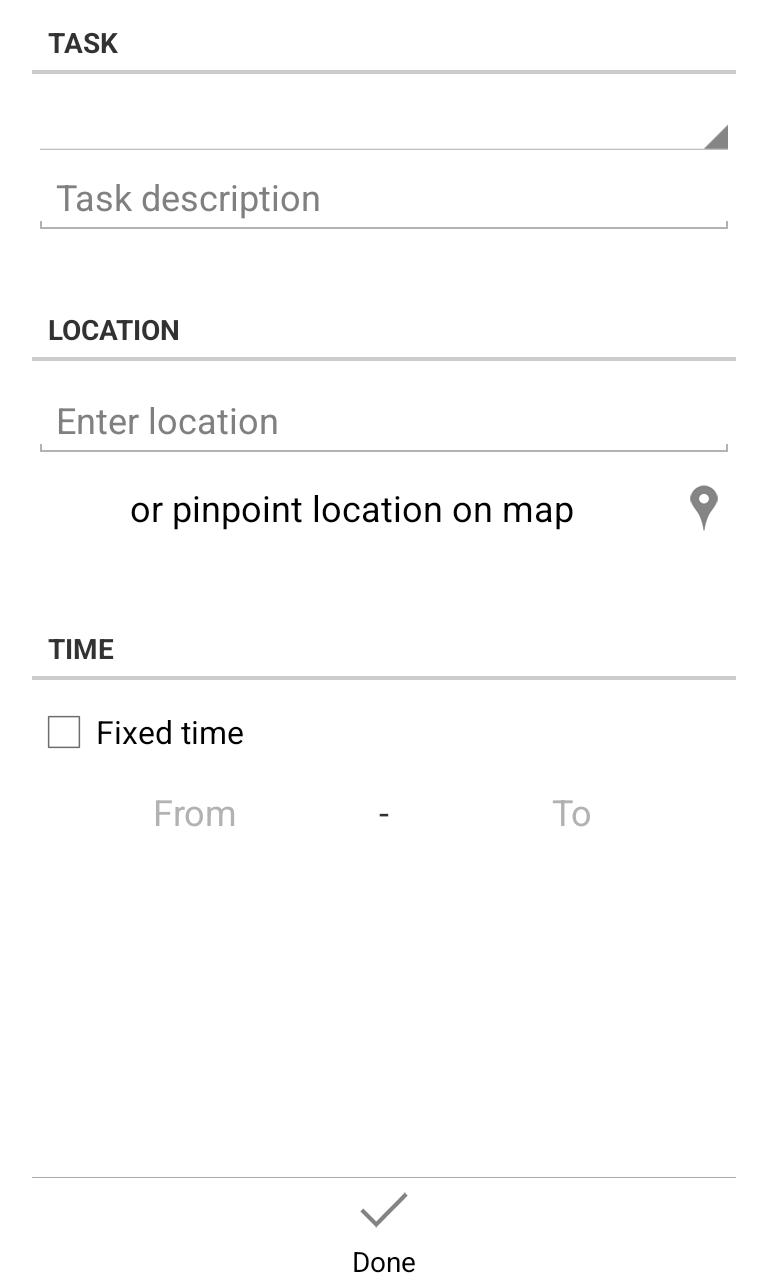
Repository: larserikstrand/IMT4904-Master
Layout: Todoity/res/layout/activity_new_task.xml
These files come from the project's save history. The layout is drawn as it stood at one moment and after the next save; the edit follows.
It is drawn on a 768 x 1280 px phone screen (xhdpi) without system bars, with theme android:Theme.Holo.Light; the app's code is not run.

Above is the layout before, as saved 2014-03-14 07:58:16.

### Todoity/res/layout/activity_new_task.xml
<LinearLayout xmlns:android="http://schemas.android.com/apk/res/android"
    xmlns:tools="http://schemas.android.com/tools"
    android:id="@+id/container"
    android:layout_width="match_parent"
    android:layout_height="match_parent"
    android:paddingLeft="@dimen/activity_horizontal_margin"
    android:paddingRight="@dimen/activity_horizontal_margin"
    android:orientation="vertical"
    tools:context=".NewTaskActivity"
    android:clickable="true"
    android:focusable="true"
	android:focusableInTouchMode="true" >

    <ScrollView android:layout_width="match_parent"
        android:layout_height="0dp"
        android:layout_weight="1" >

    	<LinearLayout android:layout_width="match_parent"
        	android:layout_height="wrap_content"
        	android:orientation="vertical" >

    	    <TextView
        		android:layout_width="match_parent"
        		android:layout_height="wrap_content"
        		android:layout_marginTop="5dp"
        		android:text="@string/task"
        		style="?android:listSeparatorTextViewStyle" />

    		<Spinner android:id="@+id/category_spinner"
        		android:layout_width="match_parent"
        		android:layout_height="wrap_content"
        		android:layout_marginTop="10dp" />

    		<EditText android:id="@+id/description_edit"
        		android:layout_width="match_parent"
        		android:layout_height="wrap_content"
        		android:lines="2"
        		android:hint="@string/task_description_hint"
        		android:inputType="textCapSentences" />

        	<TextView
        		android:layout_width="match_parent"
        		android:layout_height="wrap_content"
        		android:layout_marginTop="30dp"
        		android:text="@string/location"
        		style="?android:listSeparatorTextViewStyle" />

    		<AutoCompleteTextView android:id="@+id/location_text"
        		android:layout_width="match_parent"
        		android:layout_height="wrap_content"
        		android:layout_marginTop="10dp"
        		android:hint="@string/location_hint"
        		android:inputType="textCapWords" />

    		<Button android:id="@+id/location_button"
        		android:layout_width="match_parent"
        		android:layout_height="wrap_content"
        		android:background="?android:attr/selectableItemBackground"
        		android:text="@string/pinpoint"
        		android:drawableRight="@drawable/ic_location_place" />

    		<TextView
        		android:layout_width="match_parent"
        		android:layout_height="wrap_content"
        		android:layout_marginTop="30dp"
        		android:text="@string/time"
        		style="?android:listSeparatorTextViewStyle" />

    		<CheckBox android:id="@+id/fixed_time_check"
        		android:layout_width="match_parent"
        		android:layout_height="wrap_content"
        		android:layout_marginTop="10dp"
        		android:text="@string/fixed_time" />

    		<LinearLayout android:id="@+id/time_layout"
        		android:layout_width="match_parent"
        		android:layout_height="wrap_content"
        		android:orientation="horizontal" >

        		<Button android:id="@+id/from_button"
            		android:layout_width="0dp"
            		android:layout_height="wrap_content"
            		android:layout_weight="1"
            		android:layout_marginRight="10dp"
            		android:background="?android:attr/selectableItemBackground"
            		android:text="@string/from"
            		android:enabled="false" />

        		<TextView android:layout_width="wrap_content"
            		android:layout_height="wrap_content"
            		android:text="@string/divider"
            		android:textSize="18sp" />

        		<Button android:id="@+id/to_button"
            		android:layout_width="0dp"
            		android:layout_height="wrap_content"
            		android:layout_weight="1"
            		android:layout_marginLeft="10dp"
            		android:background="?android:attr/selectableItemBackground"
            		android:text="@string/to"
            		android:enabled="false" />

    		</LinearLayout>

    	</LinearLayout>

    </ScrollView>

    <View android:layout_width="match_parent"
        android:layout_height="0.2dp"
        android:background="@android:color/darker_gray" />

    <Button android:id="@+id/done_button"
        android:layout_width="match_parent"
        android:layout_height="wrap_content"
        android:background="?android:attr/selectableItemBackground"
        android:drawableTop="@drawable/ic_navigation_accept"
        android:text="@string/done"
        android:textAppearance="?android:attr/textAppearanceSmall" />

</LinearLayout>

### Todoity/res/values/strings.xml
<?xml version="1.0" encoding="utf-8"?>
<resources>

    <!-- Titles -->
    <string name="app_name">Todoity</string>
    <string name="title_activity_list">ListActivity</string>
    <string name="title_activity_new_task">New Task</string>
    <string name="title_activity_map">Map</string>
    <string name="title_activity_settings">Settings</string>
    <string name="title_activity_about">About</string>

    <!-- Menu -->
    <string name="action_settings">Settings</string>
    <string name="action_about">About</string>

    <!-- General -->
    <string name="owner">Owner: Lars Erik Strand</string>
    <string name="today">Today</string>
    <string name="week">Week</string>
    <string name="all_tasks">All Tasks</string>
    <string name="task">Task</string>
    <string name="new_task_list">New List</string>
    <string name="new_task">New Task</string>
    <string name="edit_list">Edit List</string>
    <string name="edit">Edit</string>
    <string name="delete">Delete</string>
    <string name="delete_task">Delete task</string>
    <string name="discard">Discard</string>
    <string name="set_date">Set date</string>
    <string name="save">Save</string>
    <string name="done">Done</string>
    <string name="location">Location</string>
    <string name="location_hint">Enter location</string>
    <string name="pinpoint">or pinpoint location on map</string>
    <string name="task_description_hint">Task description</string>
    <string name="time">Time</string>
    <string name="fixed_time">Fixed time</string>
    <string name="from">From</string>
    <string name="to">To</string>
    <string name="divider">-</string>
    <string name="start">Start</string>
    <string name="pause">Pause</string>
    <string name="finished">Finished</string>
    <string name="confirm">Confirm</string>
    <string name="add">Add</string>
    <string name="occupation">Occupation</string>
    <string name="move_task">Move task to another day</string>
    <string name="welcome">Welcome</string>

    <!-- Messages/Alerts -->
    <string name="set_location_message">You must choose a location for your task.</string>
    <string name="set_category_message">You must enter a task category.</string>
    <string name="set_date_message">You must enter a date.</string>
    <string name="set_time_message">This task has a fixed time. You must set the start and end time of the task.</string>
    <string name="save_message">Saving. Please wait&#8230;</string>
    <string name="discard_list_message">Are you sure you want do discard this list?</string>
    <string name="delete_list_message">Are you sure you want to delete this list?</string>
    <string name="welcome_message">Welcome to Todoity. As this is your first time running this application, please select an occupation before proceeding. You can change your occupation in settings later.</string>
    <string name="no_tasks_message">You haven\'t entered any tasks to save.</string>
    <string name="existing_list_message">A list with this date already exist. Do you wish to add tasks to the existing list or delete the existing list?</string>
    <string name="about_message">Todoity is developed as a Master thesis project at Gjøvik University College. It\'s purpose is not only to keep track of your tasks but also to gather contextual information as you do the tasks in order to give you future task recommendations.</string>

    <!-- Service -->
    <string name="contextservice_notification_title">Todoity Context Service:</string>
    <string name="contextservice_notification_message">Collecting contexts</string>
    <string name="geofenceservice_single_entered1">You are close to the task: </string>
    <string name="geofenceservice_single_entered2">Do you want to do this task now?</string>
    <string name="geofenceservice_multiple_entered">You are close to several tasks. Do you want to do these now?</string>

    <!-- Preferences -->
    <string name="pref_context_storage">Context Storage</string>
    <string name="pref_occupation_default">None</string>
    <string name="pref_context_storage_summ">Allow application to collect and store context information</string>
    <string name="pref_undergraduate">Undergraduate student (Bachelor)</string>
    <string name="pref_postgraduate">Postgraduate student (Master, Ph.D.)</string>

    <!-- Arrays -->


    <!-- Occupation task templates -->

    <string-array name="undergraduate_tasks_array">
        <item>Attend lecture</item>
        <item>Read</item>
        <item>Write report</item>
        <item>Do course exercises</item>
        <item>Meeting</item>
        <item>Group work</item>
        <item>Practical work</item>
        <item>Other</item>
    </string-array>
    <string-array name="postgraduate_tasks_array">
        <item>Attend lecture</item>
        <item>Read</item>
        <item>Write report</item>
        <item>Do course exercises</item>
        <item>Meeting</item>
        <item>Group work</item>
        <item>Practical work</item>
        <item>Experiment</item>
        <item>Other</item>
    </string-array>

    <!-- Occupation types -->
    <string-array name="pref_occupation_values">
        <item>Undergraduate student (Bachelor)</item>
        <item>Postgraduate student (Master, Ph.D.)</item>
    </string-array>


    <!-- Colors -->
    <color name="lightgreen">#2200ff00</color>
    <color name="lightgrey">#55aaaaaa</color>

</resources>

Loaded but not shown: Todoity/res/values/dimens.xml (common file)

After the next save:
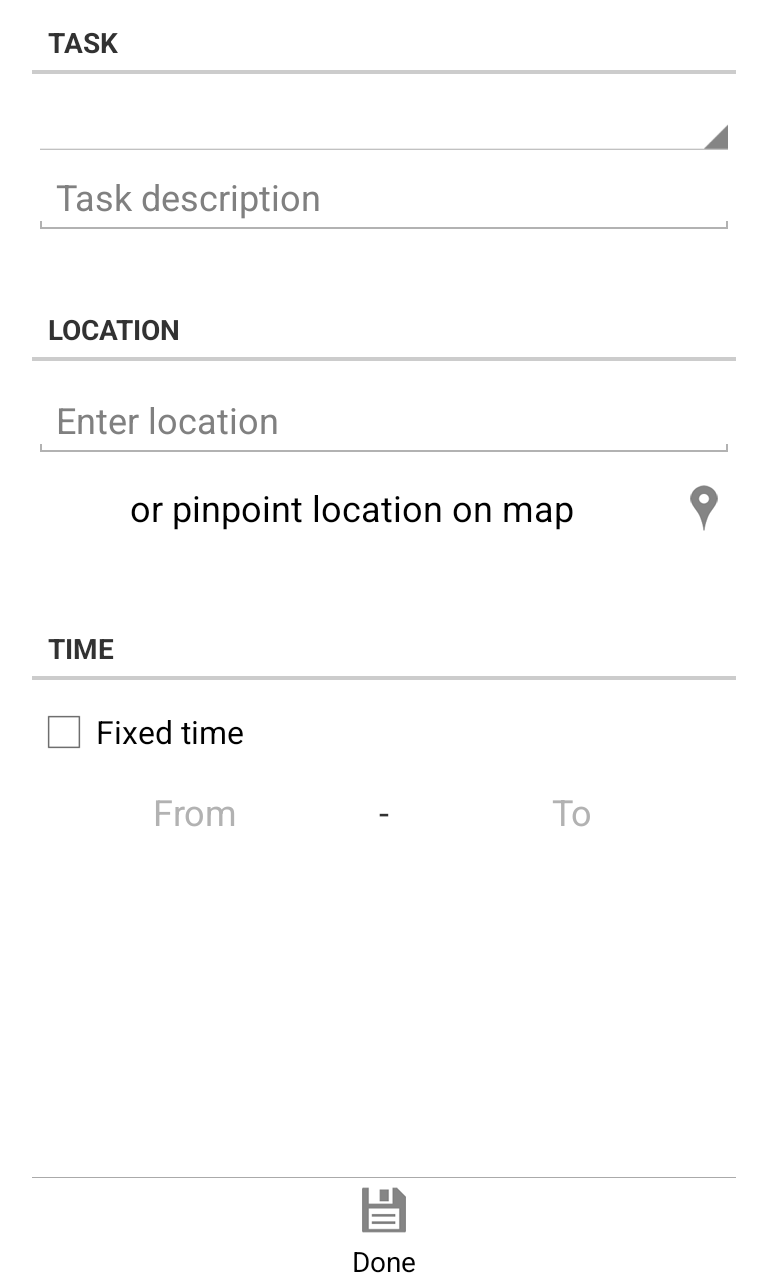
Saved 3 days later.
--- a/Todoity/res/layout/activity_new_task.xml
+++ b/Todoity/res/layout/activity_new_task.xml
@@ -114,7 +114,7 @@
         android:layout_width="match_parent"
         android:layout_height="wrap_content"
         android:background="?android:attr/selectableItemBackground"
-        android:drawableTop="@drawable/ic_navigation_accept"
+        android:drawableTop="@drawable/ic_content_save"
         android:text="@string/done"
         android:textAppearance="?android:attr/textAppearanceSmall" />
 
